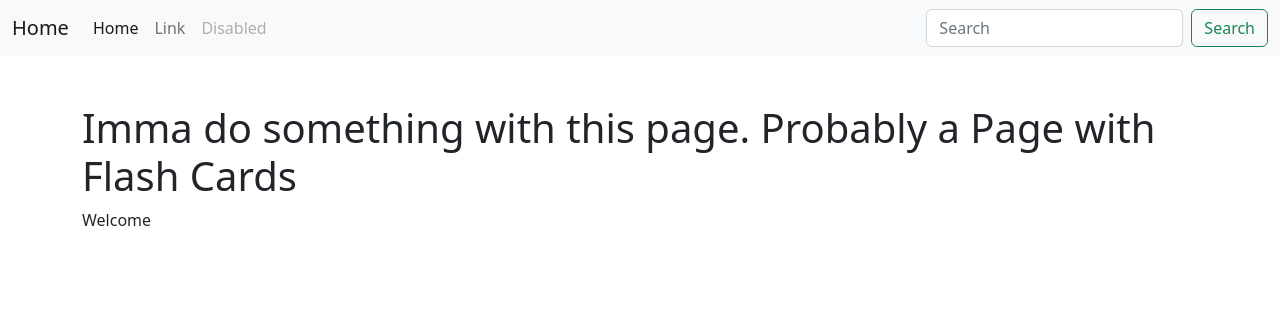
Repository: Junholee369/Junho_Lee_Capstone
Page: http://localhost/index
An editor plug-in stored every save of this project. The page is shown before and after the next save, followed by the edit.
The browser window is 1280 px wide. The pictures show the whole page.
The page is this project's Thymeleaf template; nobody is signed in. The template is opened directly, without the code that normally fills it, so the values that code supplies are empty.

Above is the page before, as saved 2022-06-24 16:11:40.

### Inventory_Management_Capstone/src/main/resources/templates/index.html
<!DOCTYPE html>
<html xmlns:th="http://www.thymeleaf.org"
	xmlns:sec="http://www.thymeleaf.org/thymeleaf-extras-springsecurity3">
<head>
<meta charset="ISO-8859-1">
<title>Registration and Login App</title>

<link
	href="https://cdn.jsdelivr.net/npm/bootstrap@5.2.0-beta1/dist/css/bootstrap.min.css"
	rel="stylesheet"
	integrity="sha384-0evHe/X+R7YkIZDRvuzKMRqM+OrBnVFBL6DOitfPri4tjfHxaWutUpFmBp4vmVor"
	crossorigin="anonymous" />

</head>
<body>
	<!-- create navigation bar ( header) -->
<!-- 	<nav class="navbar navbar-inverse navbar-fixed-top">
		<div class="container">
			<div class="navbar-header">
				<button type="button" class="navbar-toggle collapsed"
					data-toggle="collapse" data-target="#navbar" aria-expanded="false"
					aria-controls="navbar">
					<span class="sr-only">Toggle navigation</span> <span
						class="icon-bar"></span> <span class="icon-bar"></span> <span
						class="icon-bar"></span>
				</button>
				<a class="navbar-brand" href="#" th:href="@{/}">Home</a>
			</div>
			<div id="navbar" class="collapse navbar-collapse">
				<ul class="nav navbar-nav">
					<li sec:authorize="isAuthenticated()"><a th:href="@{/logout}">Logout</a></li>
				</ul>
				<ul class="nav navbar-nav">
					<li sec:authorize="isAuthenticated()"><a
						th:href="@{/products}">products</a></li>
				</ul>
			</div>
		</div>
	</nav> -->
	<nav class="navbar navbar-expand-lg bg-light">
  <div class="container-fluid">
    <a class="navbar-brand" href="#">Home</a>
    <button class="navbar-toggler" type="button" data-bs-toggle="collapse" data-bs-target="#navbarSupportedContent" aria-controls="navbarSupportedContent" aria-expanded="false" aria-label="Toggle navigation">
      <span class="navbar-toggler-icon"></span>
    </button>
    <div class="collapse navbar-collapse" id="navbarSupportedContent">
      <ul class="navbar-nav me-auto mb-2 mb-lg-0">

        <li class="nav-item">
          <a class="nav-link active" aria-current="page" href="#">Home</a>
        </li>

        <li class="nav-item">
          <a class="nav-link" href="#">Link</a>
        </li>

        <li class="nav-item">
          <a class="nav-link disabled">Disabled</a>
        </li>
      </ul>
      <form class="d-flex" role="search">
        <input class="form-control me-2" type="search" placeholder="Search" aria-label="Search">
        <button class="btn btn-outline-success" type="submit">Search</button>
      </form>
    </div>
  </div>
</nav>

	<br>
	<br>

	<div class="container">
		<h1>Imma do something with this page. Probably a Page with Flash
			Cards</h1>
		Welcome <span sec:authentication="principal.username"> User</span>
	</div>

	<script
        src="https://cdn.jsdelivr.net/npm/bootstrap@5.2.0-beta1/dist/js/bootstrap.bundle.min.js"
        integrity="sha384-pprn3073KE6tl6bjs2QrFaJGz5/SUsLqktiwsUTF55Jfv3qYSDhgCecCxMW52nD2"
        crossorigin="anonymous"
></script>
</body>
</html>

After the next save:
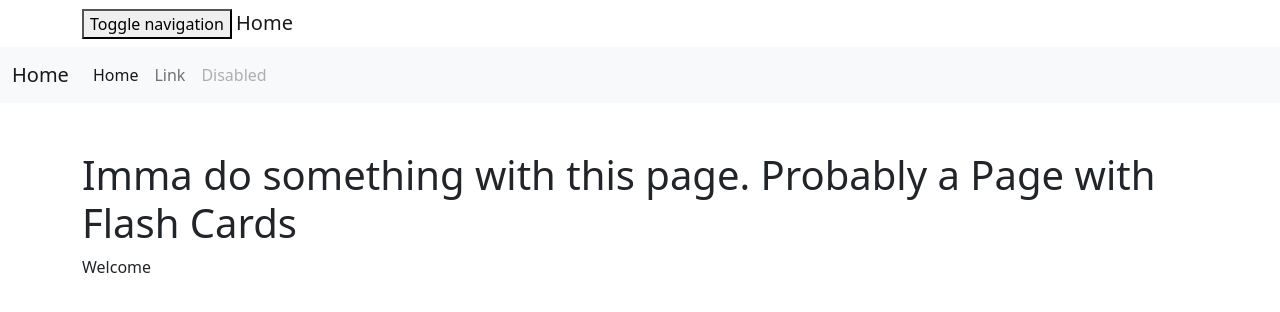
Saved 74 s later.
--- a/Inventory_Management_Capstone/src/main/resources/templates/index.html
+++ b/Inventory_Management_Capstone/src/main/resources/templates/index.html
@@ -14,7 +14,7 @@
 </head>
 <body>
 	<!-- create navigation bar ( header) -->
-<!-- 	<nav class="navbar navbar-inverse navbar-fixed-top">
+	<nav class="navbar navbar-inverse navbar-fixed-top">
 		<div class="container">
 			<div class="navbar-header">
 				<button type="button" class="navbar-toggle collapsed"
@@ -36,7 +36,9 @@
 				</ul>
 			</div>
 		</div>
-	</nav> -->
+	</nav>
+
+
 	<nav class="navbar navbar-expand-lg bg-light">
   <div class="container-fluid">
     <a class="navbar-brand" href="#">Home</a>
@@ -58,10 +60,6 @@
           <a class="nav-link disabled">Disabled</a>
         </li>
       </ul>
-      <form class="d-flex" role="search">
-        <input class="form-control me-2" type="search" placeholder="Search" aria-label="Search">
-        <button class="btn btn-outline-success" type="submit">Search</button>
-      </form>
     </div>
   </div>
 </nav>
